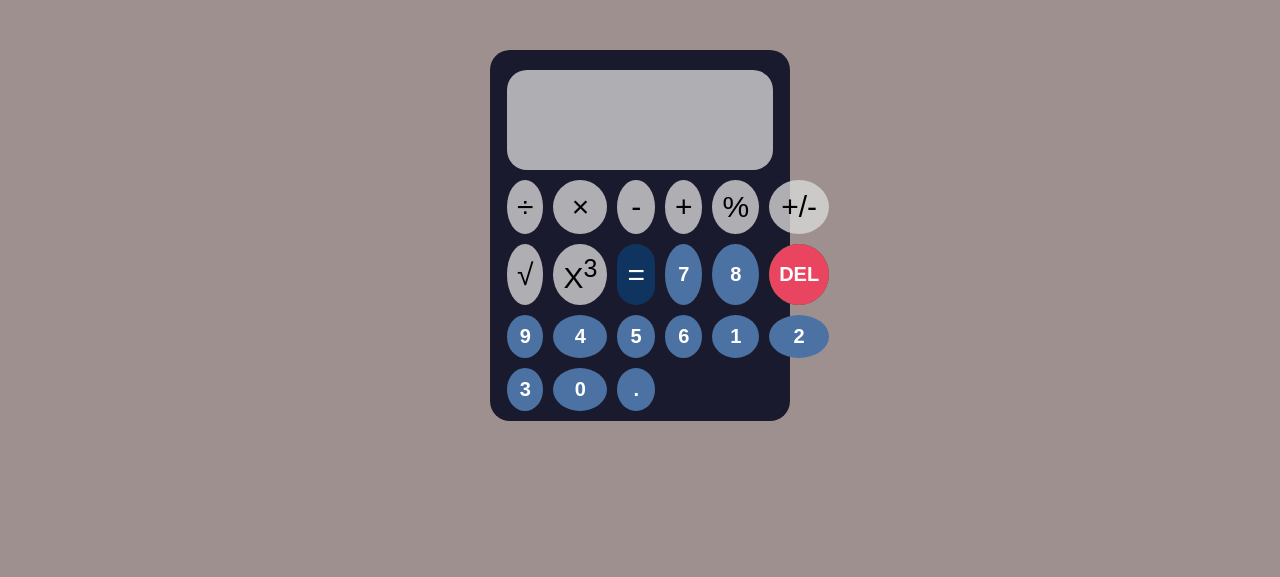
Repository: MikkyPrestige/js-calculator
Page: index.html
These files come from the project's save history. The page is drawn as it stood at one moment and after the next save; the edit follows.
The browser window is 1280 px wide. The pictures show the whole page.

Above is the page before, as saved 2023-05-08 01:46:56.

After the next save:
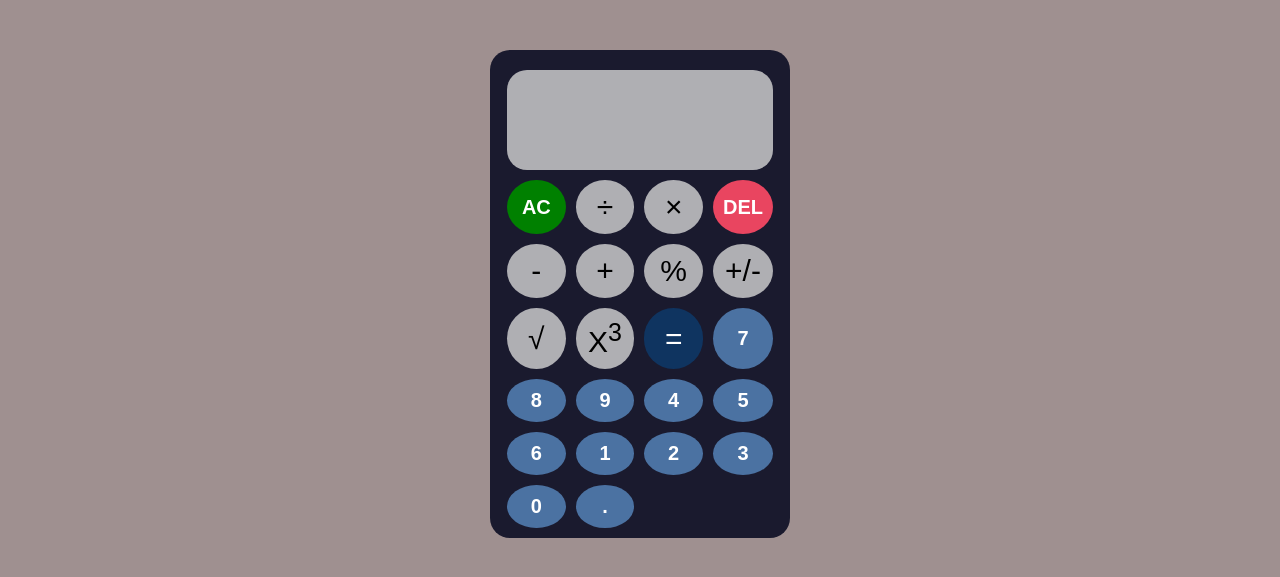
Saved 79 s later.
--- a/index.css
+++ b/index.css
@@ -78,7 +78,7 @@ main {
   display: grid;
   grid-template-columns: repeat(4, 1fr);
   grid-gap: 1rem;
-  grid-area:
+  grid-template-areas:
     "clear divide multiply del"
     "square mod plusMinus cube"
     "seven eight nine minus"
